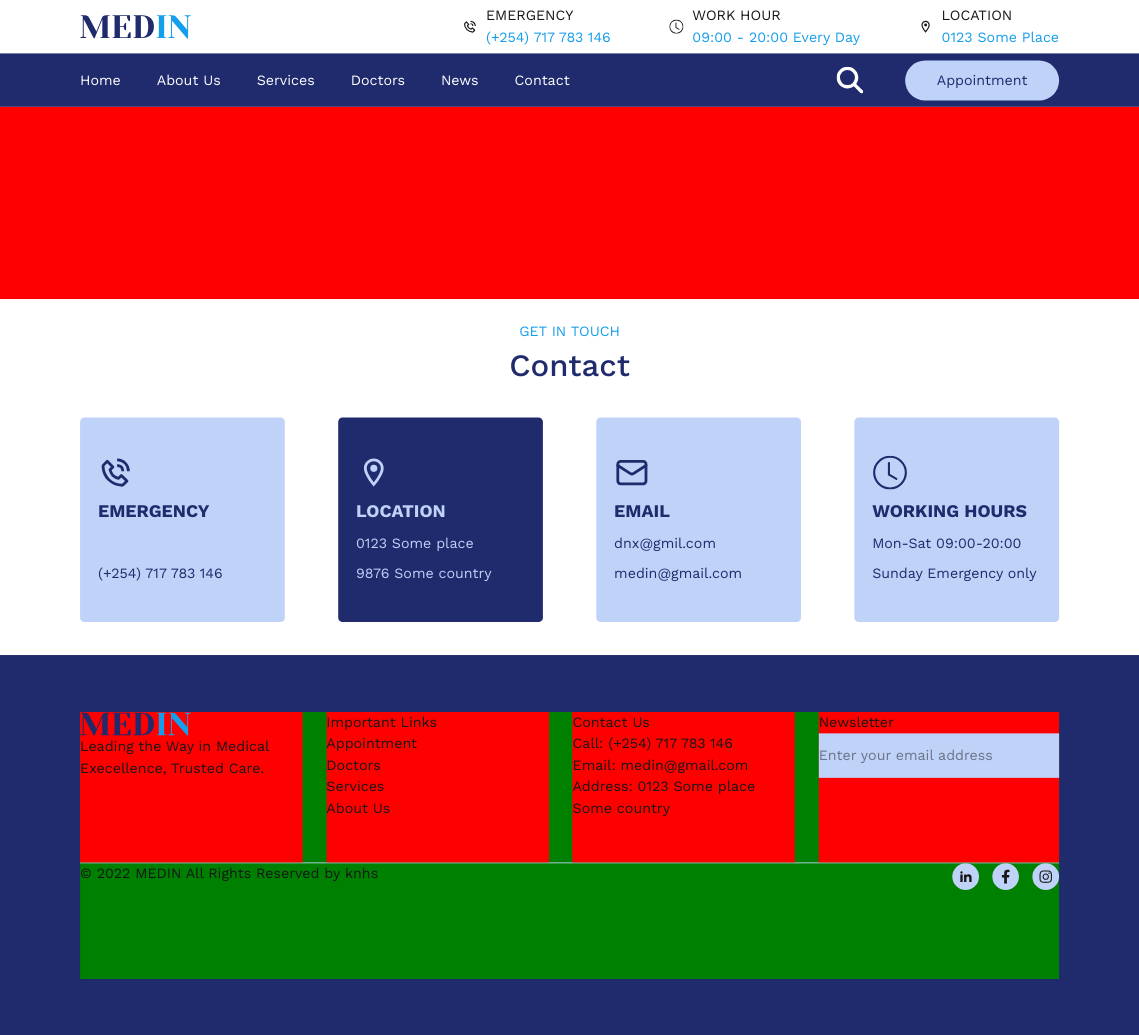
Repository: SynHK3/Poc_Hospital
Page: /appointment (app in fe_hospital/)
These files come from the project's save history. The page is drawn as it stood at one moment and after a run of saves; the edit follows.
The browser window is 1280 px wide. The pictures show the whole page, at 89% of full size.
The project was rebuilt for these pictures with package versions that can differ from the ones it lists, and the page was loaded fresh each time. The framework's server and built-in components were replaced by stand-ins that run in the browser. Also part of the build but not shown: fe_hospital/next.config.ts.

Above is the page before, as saved 2025-09-02 16:54:54.

After the next 2 saves:
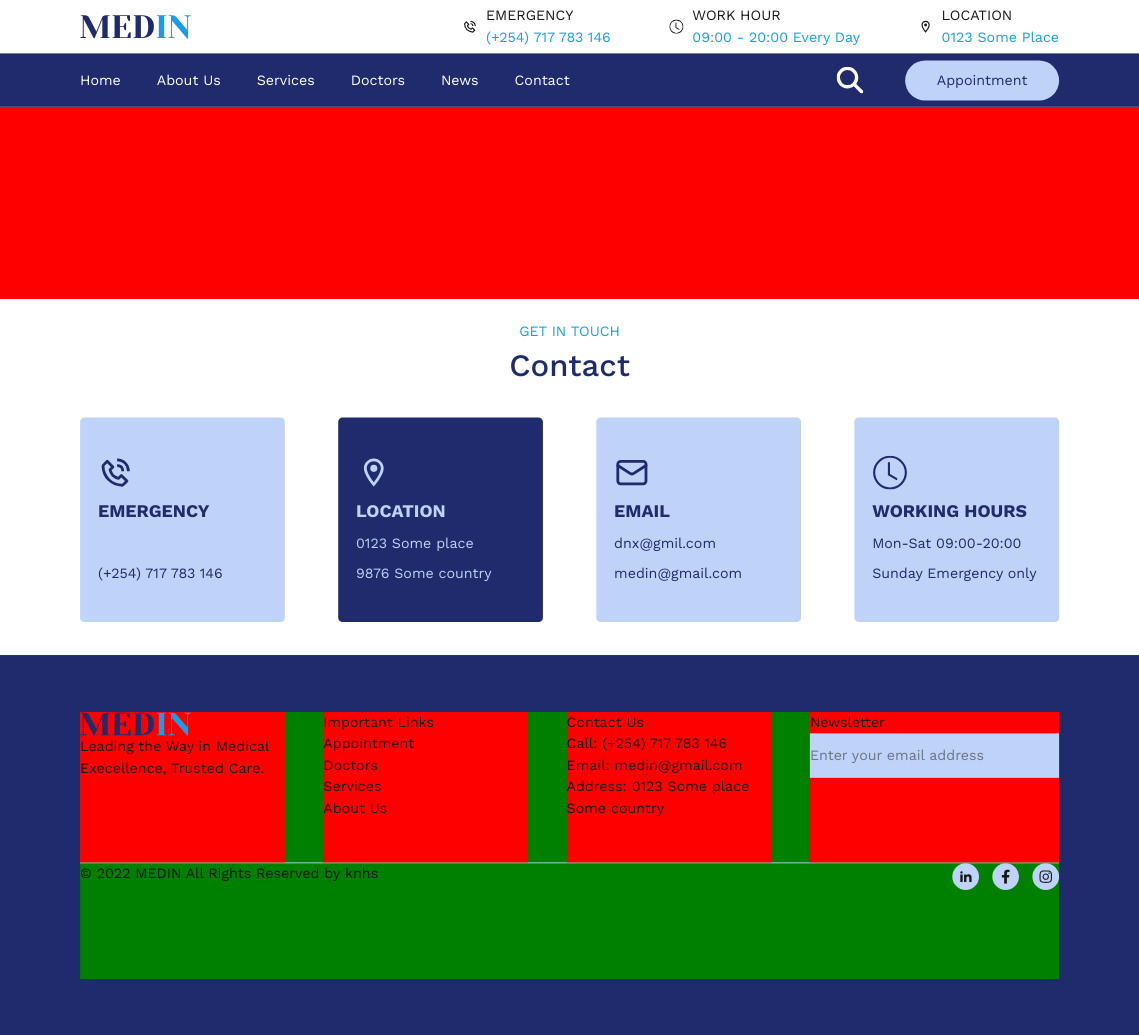
The 2 saves are shown as one change because they came seconds apart.
The last was saved 9 s later.
--- a/fe_hospital/src/components/footer/footer.css
+++ b/fe_hospital/src/components/footer/footer.css
@@ -21,13 +21,13 @@
 }
 
 .list__footer--item > li {
-  width: 250px;
+  width: 230px;
   height: 169px;
   background-color: red;
 }
 
 .list__footer--item > li:last-child {
-  width: 270px;
+  width: 280px;
 }
 
 .headline__footer {
